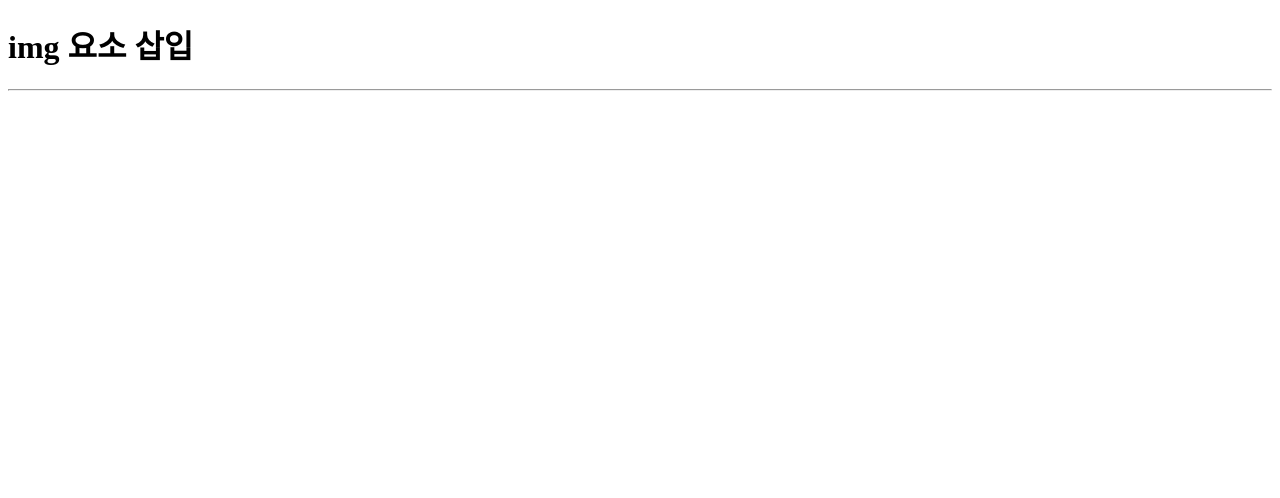
Repository: ghkdtpehd/java_html
Page: 01_HTML/src/main/webapp/Ex03.html
These files come from the project's save history. The page is drawn as it stood at one moment and after the next save; the edit follows.
The browser window is 1280 px wide. The pictures show the whole page.

Above is the page before, as saved 2021-06-28 01:25:16.

After the next save:
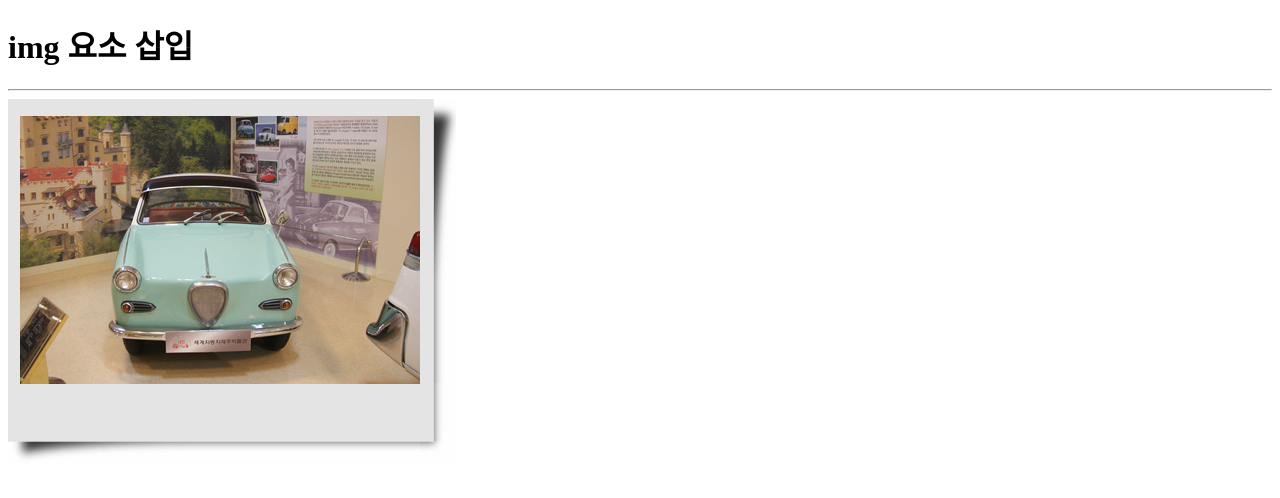
Saved 4 min 35 s later.
--- a/01_HTML/src/main/webapp/Ex03.html
+++ b/01_HTML/src/main/webapp/Ex03.html
@@ -9,7 +9,7 @@
 	<hr>
 
 	<div>
-		<img>
+		<img src="images/car/car2.jpg">
 	</div>
 </body>
 </html>
